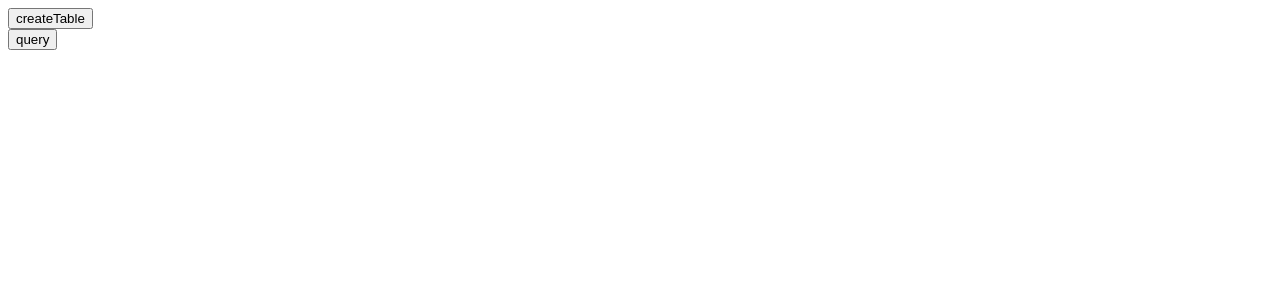
Repository: qq847261175/JavaWeb
Page: Jdbc_0010_MysqlConnected/WebRoot/welcome.html
The author's editor kept a copy of each file at every save. The page is drawn from the files as they stood at one save, then again after the next save.
The browser window is 1280 px wide. The pictures show the whole page.

Above is the page before, as saved 2016-10-28 08:06:35.

### Jdbc_0010_MysqlConnected/WebRoot/welcome.html
<head>

<body>
<form action="CreateTableServlet" method="get">
<input type="submit" value="createTable"/><br/>
<input type="submit" value="query"/>

</form>

</body>

</head>

After the next save:
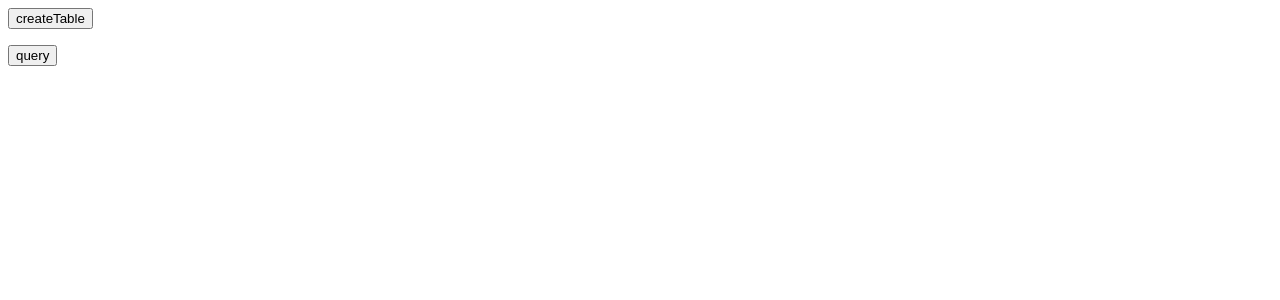
Saved 46 s later.
--- a/Jdbc_0010_MysqlConnected/WebRoot/welcome.html
+++ b/Jdbc_0010_MysqlConnected/WebRoot/welcome.html
@@ -3,10 +3,11 @@
 <body>
 <form action="CreateTableServlet" method="get">
 <input type="submit" value="createTable"/><br/>
-<input type="submit" value="query"/>
 
 </form>
-
+<form action="CreateTableServlet" method="post">
+<input type="submit" value="query"/>
+</form>
 </body>
 
 </head>
